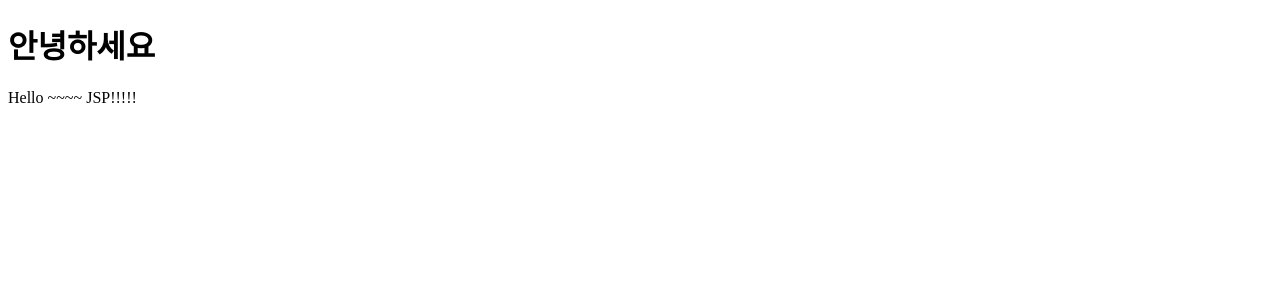
Repository: khkyungnan/Servlet-JSP-Workspace
Page: http://localhost/join/register.jsp
These files come from the project's save history. The page is drawn as it stood at one moment and after the next save; the edit follows.
The browser window is 1280 px wide. The pictures show the whole page.
The page is served by Tomcat 9.

Above is the page before, as saved 2023-11-07 00:37:19.

### join/src/main/webapp/register.jsp
<%@ page language="java" contentType="text/html; charset=EUC-KR"
    pageEncoding="EUC-KR"%>
<!DOCTYPE html>
<html>
<head>
<meta charset="EUC-KR">
<title>Insert title here</title>
</head>
<body>
<h1>안녕하세요</h1>

<%
	String msg = "Hello ~~~~ JSP!!!!!";
	out.println(msg);
%>
</body>
</html>

After the next save:
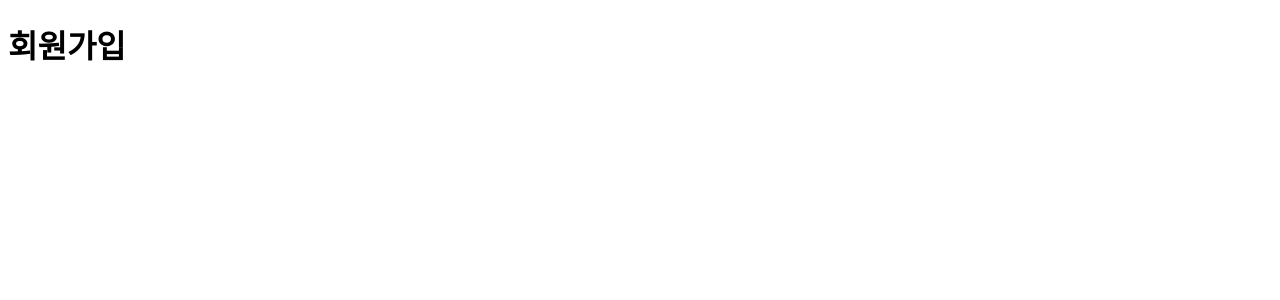
Saved 77 s later.
--- a/join/src/main/webapp/register.jsp
+++ b/join/src/main/webapp/register.jsp
@@ -7,11 +7,6 @@
 <title>Insert title here</title>
 </head>
 <body>
-<h1>안녕하세요</h1>
-
-<%
-	String msg = "Hello ~~~~ JSP!!!!!";
-	out.println(msg);
-%>
+<h1>회원가입</h1>
 </body>
 </html>
